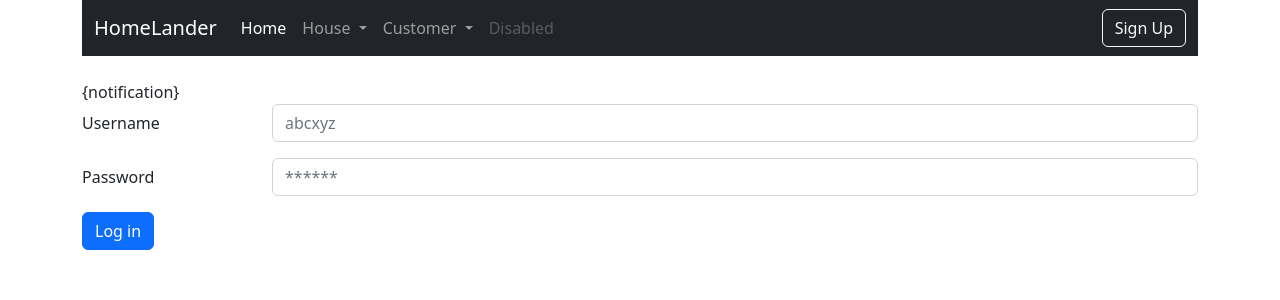
Repository: nguyenhung50497/MD3_caseStudy
Page: src/views/login.html
These files come from the project's save history. The page is drawn as it stood at one moment and after a run of saves; the edit follows.
The browser window is 1280 px wide. The pictures show the whole page.

Above is the page before, as saved 2023-01-03 17:02:53.

After the next 3 saves:
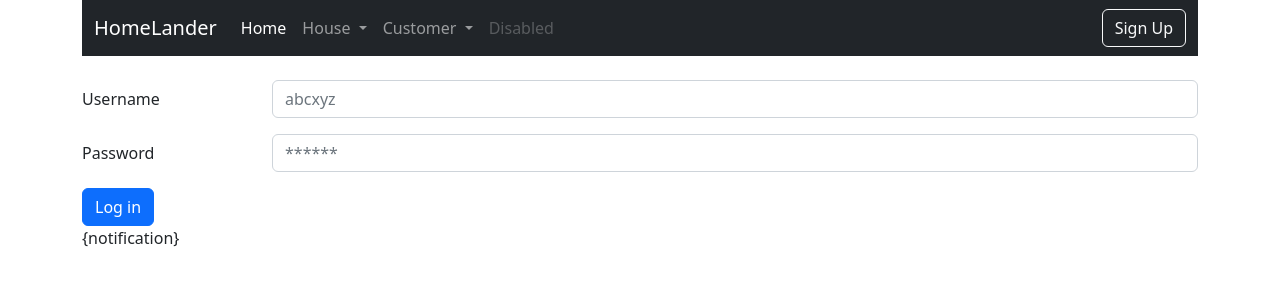
The 3 saves are shown as one change because they came seconds apart.
The last was saved 40 s later.
--- a/src/views/login.html
+++ b/src/views/login.html
@@ -53,7 +53,6 @@
         </div>
       </nav>
       <br>
-      {notification}
       <form action="/customer/login" method="post">
         <div class="row mb-3">
           <label for="inputEmail3" class="col-sm-2 col-form-label">Username</label>
@@ -69,6 +68,7 @@
         </div>
         <button type="submit" class="btn btn-primary">Log in</button>
       </form>
+      {notification}
     </div>
     <script src="https://cdn.jsdelivr.net/npm/bootstrap@5.2.3/dist/js/bootstrap.bundle.min.js" integrity="sha384-kenU1KFdBIe4zVF0s0G1M5b4hcpxyD9F7jL+jjXkk+Q2h455rYXK/7HAuoJl+0I4" crossorigin="anonymous"></script>
   </body>
